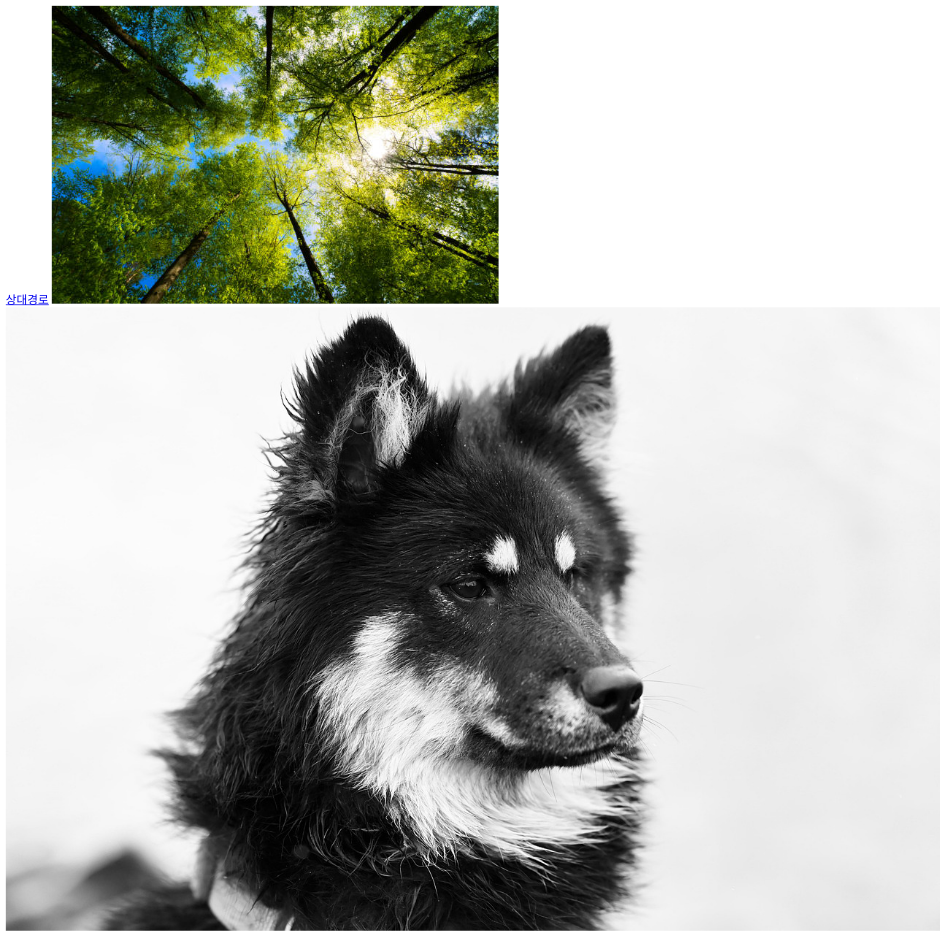
Repository: Muji1412/JSPstudy
Page: http://localhost/JSPbasic/path/example/quiz.jsp
An editor plug-in stored every save of this project. The page is shown before and after the next save, followed by the edit.
The browser window is 1280 px wide. The page is 1288 px wide, so the pictures cover 1288 px, including what lies to the right of the window. The pictures show the whole page, at 73% of full size.
The page is served by Tomcat 9. Nobody is signed in. The application's start-up code is not run.

Above is the page before, as saved 2025-02-21 06:50:00.

After the next save:
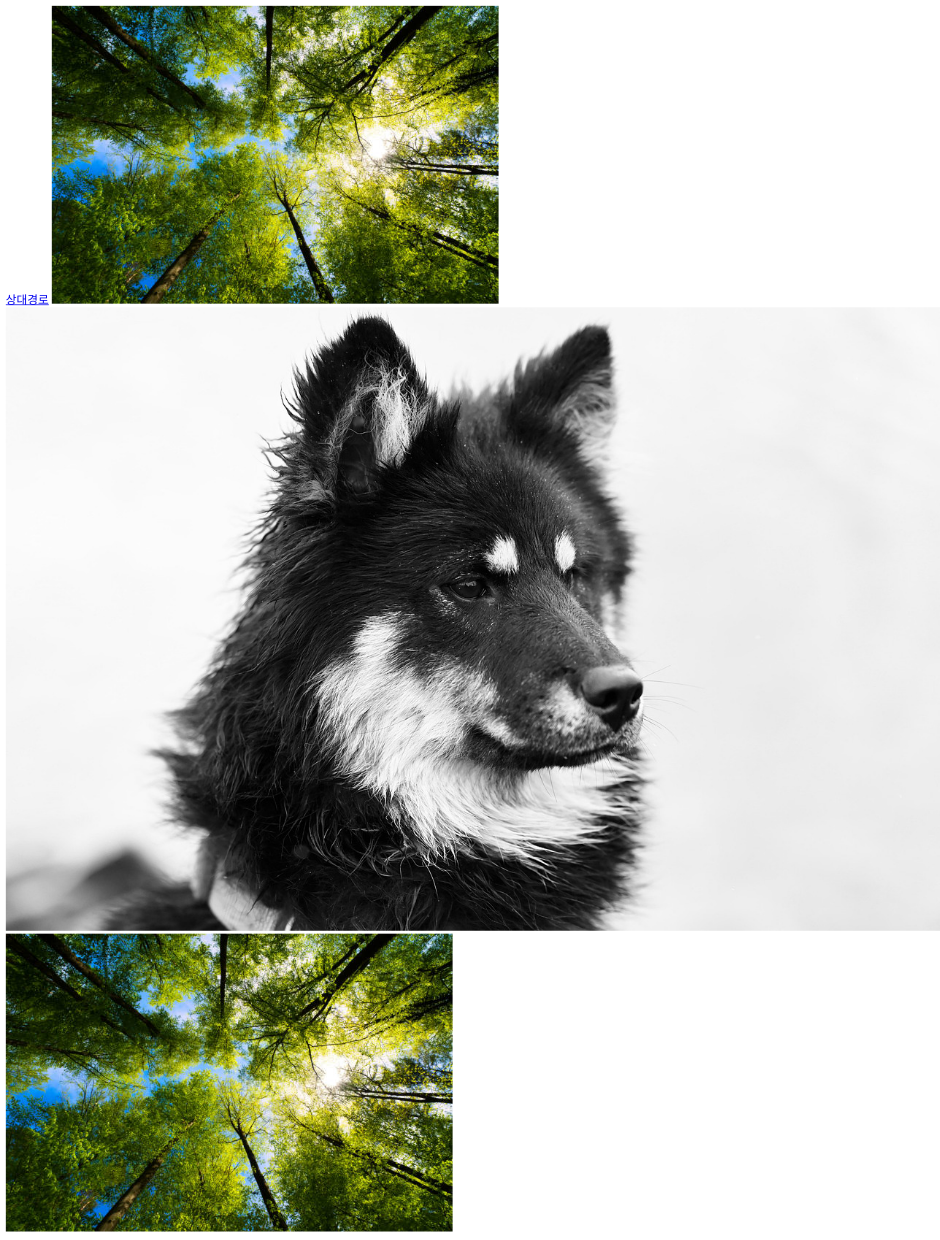
Saved 53 s later.
--- a/workspace/JSPbasic/src/main/webapp/path/example/quiz.jsp
+++ b/workspace/JSPbasic/src/main/webapp/path/example/quiz.jsp
@@ -11,6 +11,8 @@
 	<img src ="../../html/img/a.jpg">
 	<img src ="../../html/img/b.jpg">
 
+	<img src ="http://localhost:8181/JSPbasic/html/img/a.jpg">
+
 
 </body>
 </html>
